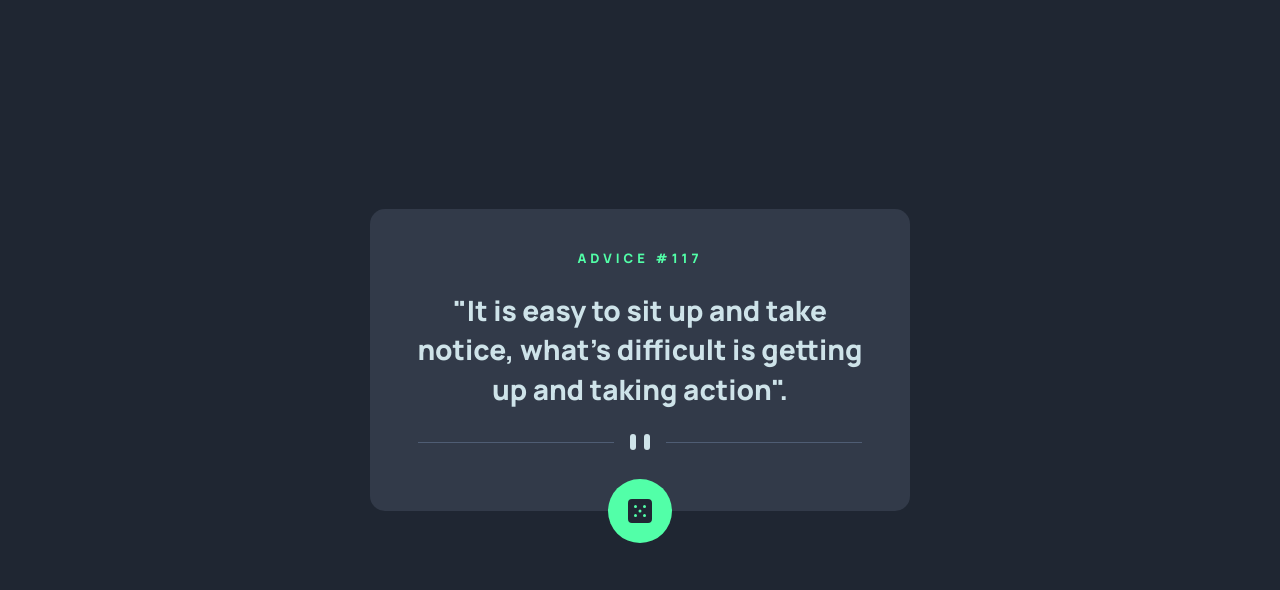
Repository: Daki-builds/advice-generator-app
Page: index.html
An editor plug-in stored every save of this project. The page is shown before and after the next save, followed by the edit.
The browser window is 1280 px wide. The pictures show the whole page.

Above is the page before, as saved 2026-10-08 20:00:00.

After the next save:
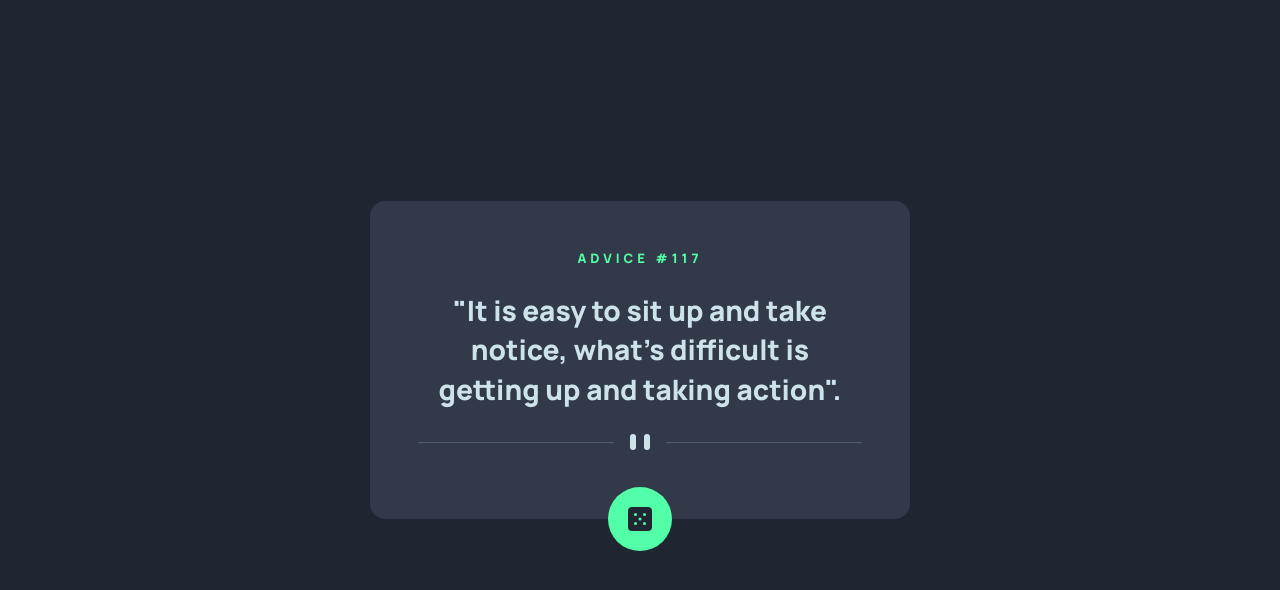
Saved 38 s later.
--- a/style.css
+++ b/style.css
@@ -81,3 +81,15 @@ button {
 button:hover {
   background-color: var(--green-300-hover);
 }
+
+@media (min-width: 768px) {
+  .container {
+    padding: 48px 48px 64px;
+  }
+}
+
+@media (max-width: 767px) {
+  p {
+    font-size: 24px;
+  }
+}
